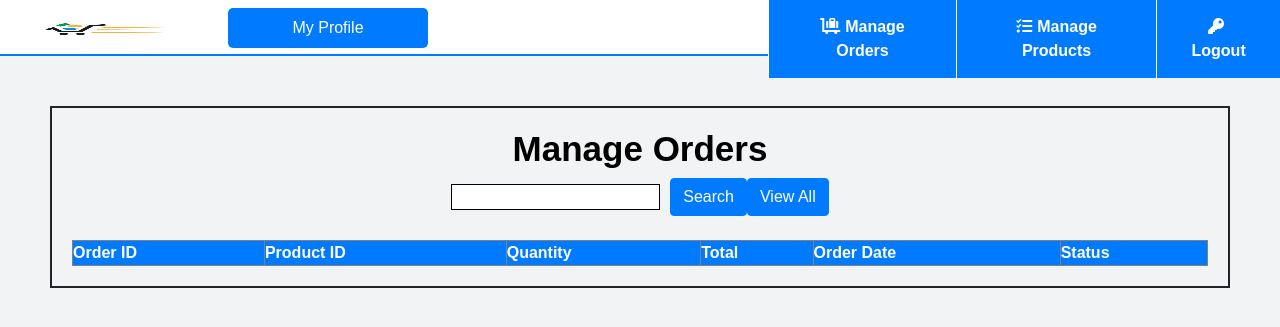
Repository: sahanjayawardena9619/PAF_Project
Page: http://localhost/paf_project/WEB-INF/views/sellerOrder.jsp
These files come from the project's save history. The page is drawn as it stood at one moment and after the next save; the edit follows.
The browser window is 1280 px wide. The pictures show the whole page.
Some web fonts or font styles are not loaded; a fallback is used. Some web libraries are served in a nearby version. The page is served by Tomcat 9. Nobody is signed in. The template is opened directly, without the code that normally fills it, so the values that code supplies are empty.

Above is the page before, as saved 2019-05-15 19:30:12.

After the next save:
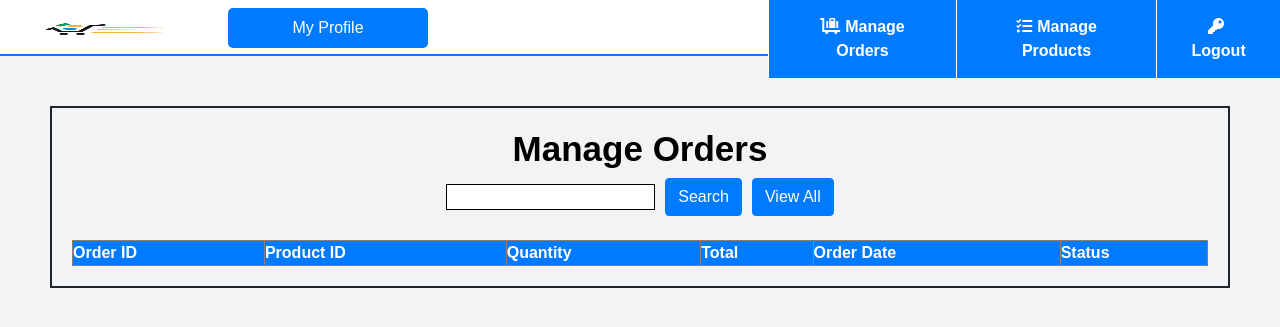
Saved 31 s later.
--- a/Main Project (Final)/PAF/paf_project/src/main/webapp/WEB-INF/views/sellerOrder.jsp
+++ b/Main Project (Final)/PAF/paf_project/src/main/webapp/WEB-INF/views/sellerOrder.jsp
@@ -67,7 +67,7 @@
 						<td><input type="submit" class="btn btn-primary"
 							name="action" value="Search" style="margin-left:10px;" /></td>
 						<td><a href="/paf_project/viewAllOrderSeller"><input
-								type="button" value="View All" class="btn btn-primary" /></a></td>
+								type="button" value="View All" class="btn btn-primary" style="margin-left:10px;" /></a></td>
 					</tr>
 
 				</table>
